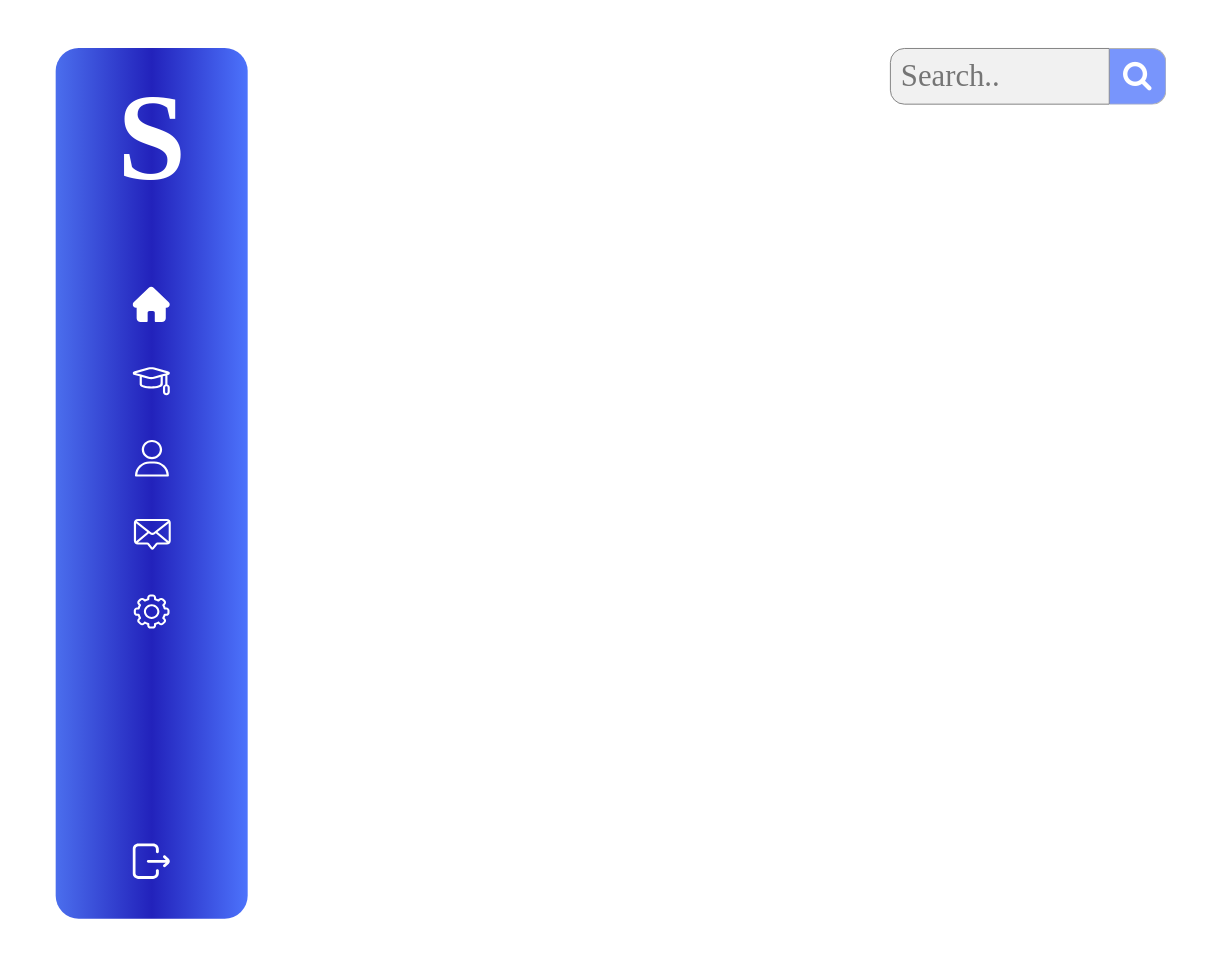
Repository: rafalzacher1/smartify-interface
Page: topics.html
The author's editor kept a copy of each file at every save. The page is drawn from the files as they stood at one save, then again after the next save.
The browser window is 1280 px wide. The pictures show the whole page, at 96% of full size.
Some web fonts or font styles are not loaded; a fallback is used.

Above is the page before, as saved 2022-06-30 17:23:41.

After the next save:
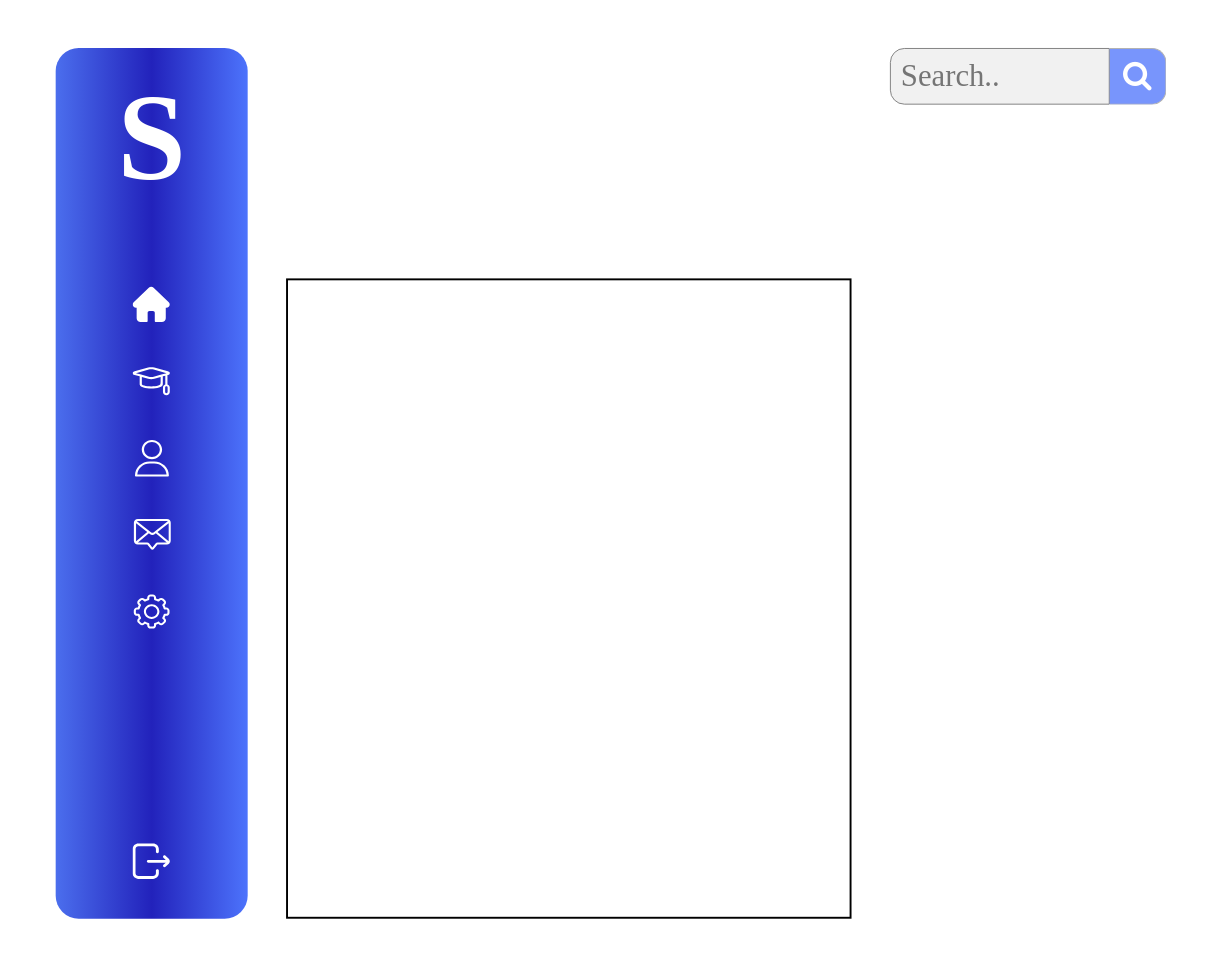
Saved 19 s later.
--- a/styles/topics.css
+++ b/styles/topics.css
@@ -1,4 +1,5 @@
 #topics-container {
     grid-column: 2;
     grid-row: 2 / 5;
+    border: solid 2px black
   }
